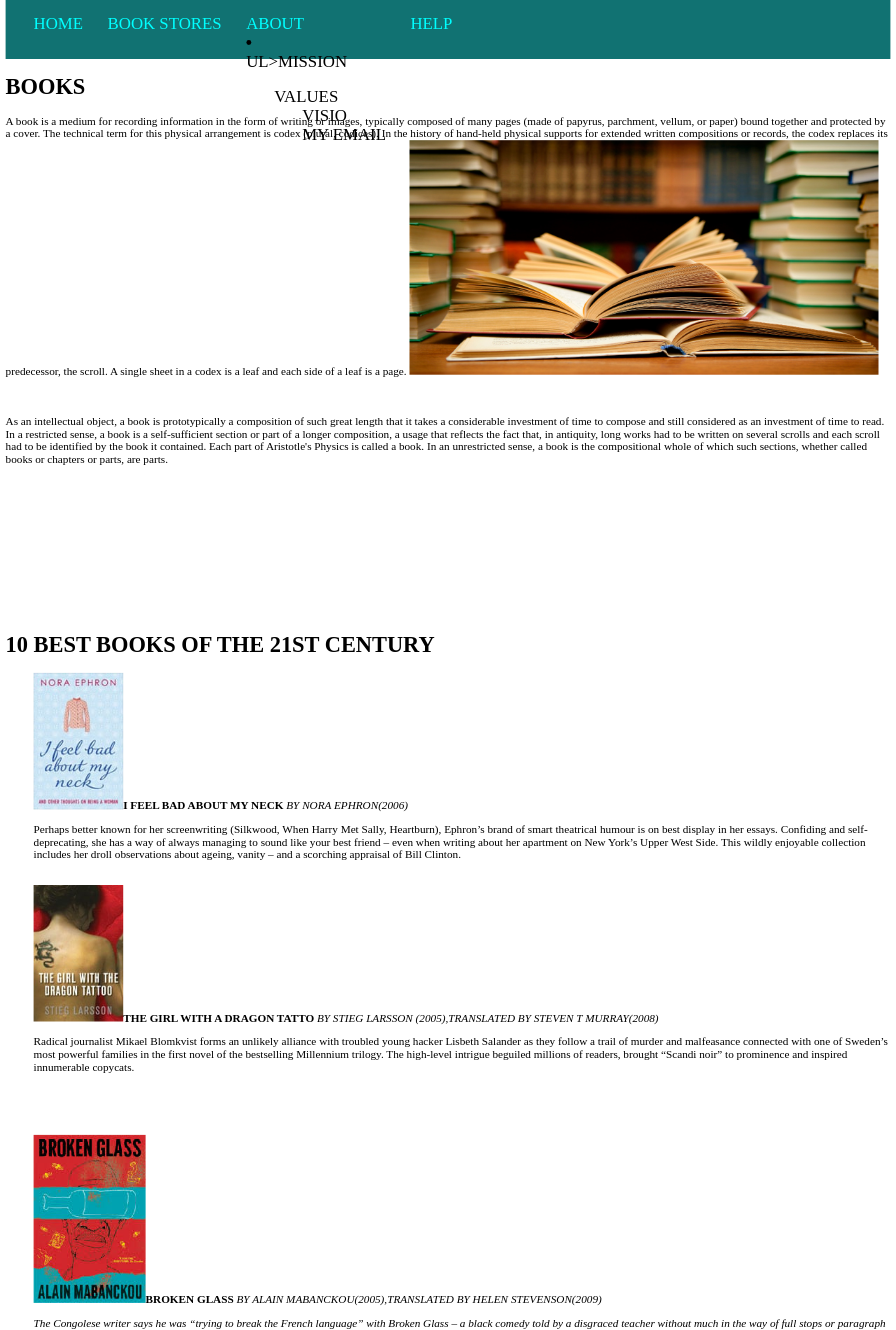
Repository: Hanan-arts/websites
Page: 01 web design/website.html
An editor plug-in stored every save of this project. The page is shown before and after the next save, followed by the edit.
The browser window is 1280 px wide. The pictures show the part of the page from y = 566 to 2466 px (the page is 4708 px tall), at 70% of full size.
A picture or video elsewhere on the page could not be fetched, so the positions and the page height are approximate.

Above is the page before, as saved 2021-02-15 12:03:15.

After the next save:
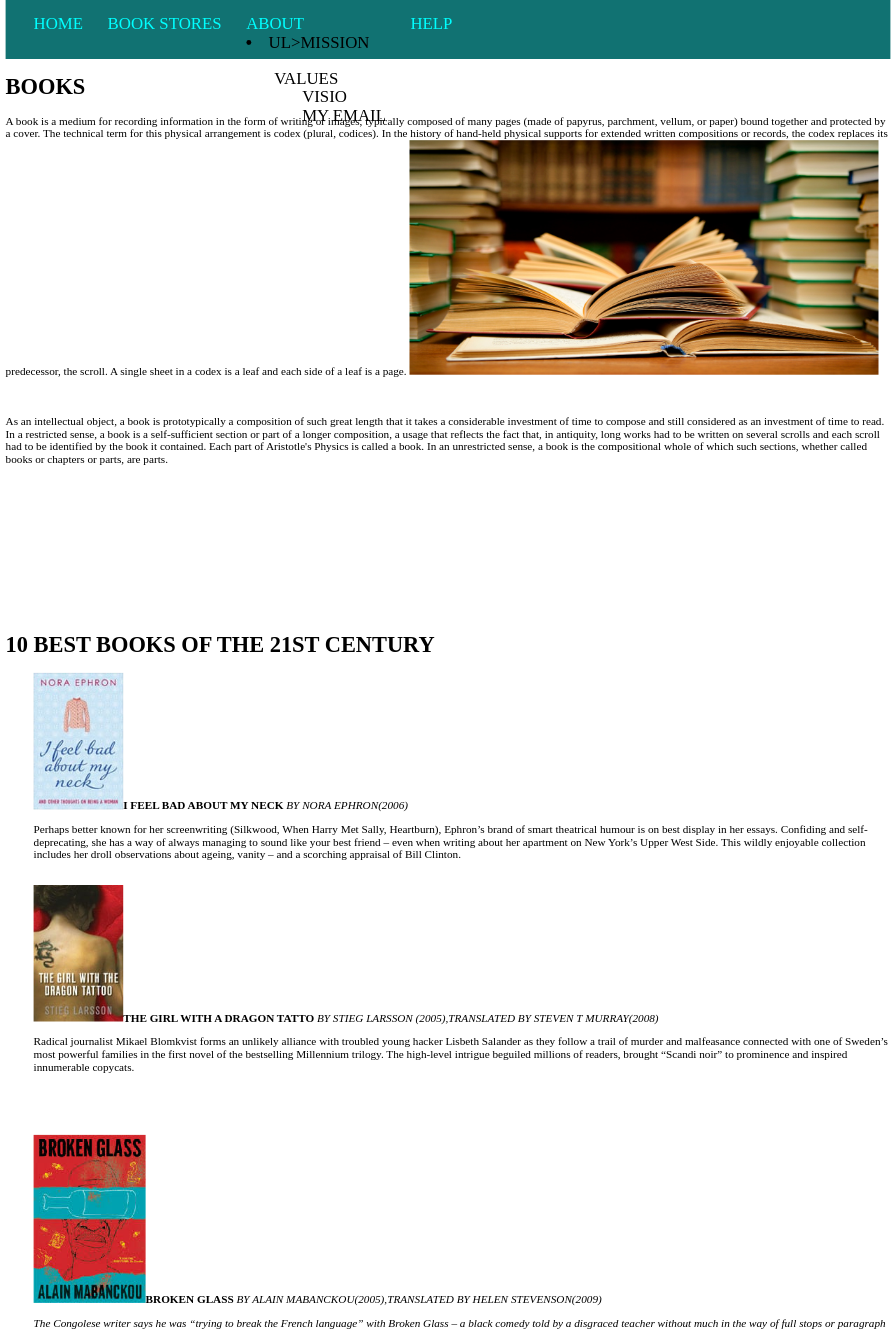
Saved 13 s later.
--- a/01 web design/website.html
+++ b/01 web design/website.html
@@ -27,7 +27,7 @@
             </div>
                 <div class="nav-link-wrapper">
                     <a href="About.html">ABOUT</a>
-                    <li></li>ul>mission</ul>
+                    <li></li<>ul>mission</ul>
                     <ul>values</ul<>
                     <ul>visio</ul>
                     <ul>my email</ul>

After the save that followed:
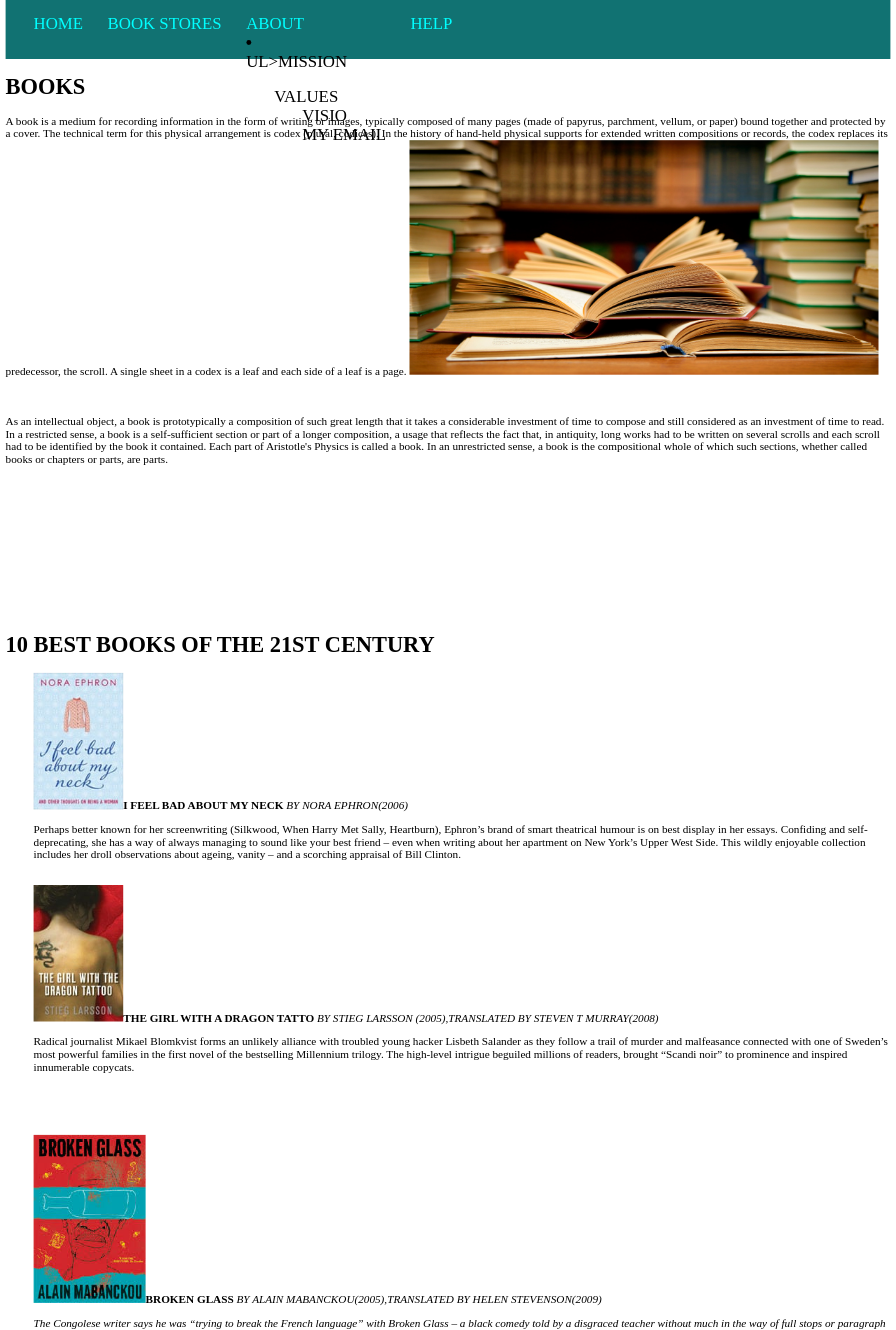
Saved 4 s later.
--- a/01 web design/website.html
+++ b/01 web design/website.html
@@ -27,7 +27,7 @@
             </div>
                 <div class="nav-link-wrapper">
                     <a href="About.html">ABOUT</a>
-                    <li></li<>ul>mission</ul>
+                    <li></li>ul>mission</ul>
                     <ul>values</ul<>
                     <ul>visio</ul>
                     <ul>my email</ul>
